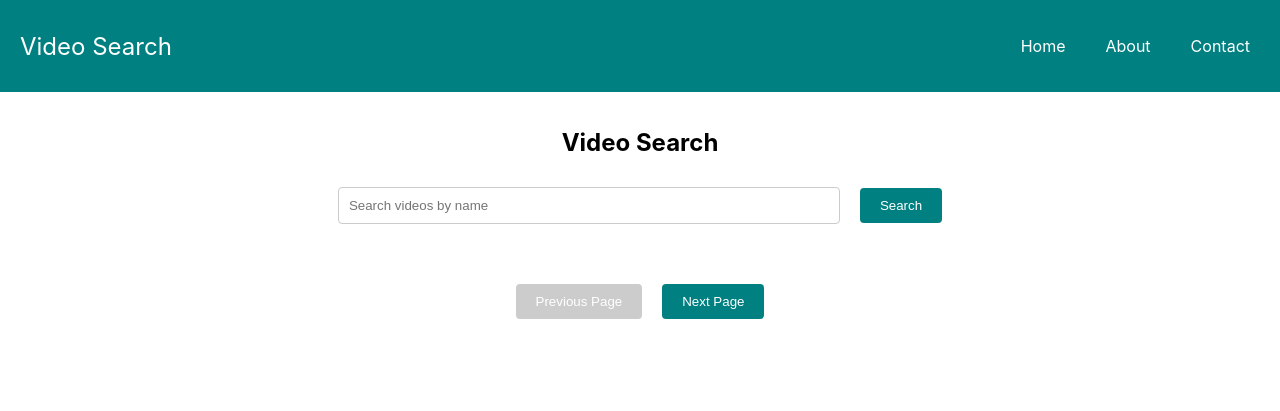
Repository: LolaSL/video-search
Page: /
The author's editor kept a copy of each file at every save. The page is drawn from the files as they stood at one save, then again after the next save.
The browser window is 1280 px wide. The pictures show the whole page.
The project was rebuilt for these pictures with package versions that can differ from the ones it lists, and the page was loaded fresh each time.

Above is the page before, as saved 2023-08-12 13:57:40.

### src/App.js
import React from 'react';
import './App.css';
import VideoSearch from './VideoSearch';
import Navbar from './Navbar';
import { BrowserRouter as Router } from 'react-router-dom';

function App() {
  return (
    <Router>
      <div className="App">
        <Navbar />
        <div className="container">
          <VideoSearch />
        </div>
      </div>
    </Router>
  );
}

export default App;

### src/App.css
.App {
  text-align: center;
  text-shadow: 1px 1px solid grey;

}

.container {
  max-width: 800px;
  margin: 0 auto;
  padding: 20px;
}

h1 {
  font-size: 24px;
  margin-bottom: 20px;
}

input[type="text"] {
  padding: 10px;
  width:60%;
  margin: 10px;
  border: 1px solid #ccc;
  border-radius: 4px;
}

.video-list {
  display: grid;
  grid-template-columns: repeat(auto-fill, minmax(300px, 1fr));
  gap: 20px;
  margin-top: 20px;
}


button {
  margin: 10px;
  padding: 10px 20px;
  background: teal;
  color: #fff;
  border: none;
  border-radius: 4px;
  cursor: pointer;
}

button:disabled {
  background-color: #ccc;
  cursor: not-allowed;
}

iframe {
  width: 100%;
  height: 415px;
  border: none;
  margin-top: 15px;
}

.video-item {
  margin: 20px 0;
  padding: 20px;
  border: 1px solid #ccc;
  border-radius: 4px;
}

.video-title {
  font-size: 18px;
  margin-bottom: 10px;
}

.pagination {
  margin-top: 20px;
}

.pagination button {
  margin-right: 10px;
}
/* Navbar styles */
.navbar {
  display: flex;
  justify-content: space-between;
  align-items: center;
  padding: 10px 20px;
  background: teal;
  color: white;
}

.navbar-logo {
  font-size: 1.5rem;
}

.nav-toggle {
  display: none;
  background: none;
  border: none;
  color: white;
  font-size: 1rem;
  cursor: pointer;
}

.navbar-nav {
  list-style: none;
  display: flex;
  gap: 20px;
}

.nav-item {
  padding: 10px;
}

.nav-link {
  color: white;
  text-decoration: none;
}

/* Show the navigation links when the navbar is open */
.navbar-nav.open {
  display: flex;
  flex-direction: column;
  position: absolute;
  background-color: #333;
  top: 55px;
  right: 20px;
  z-index: 1000;
}


@media screen and (max-width: 768px) {

  .container {
    padding: 10px;
    margin: 30px;
  }

  input[type="text"] {
    width:80%;
    margin: 20px;
    margin-bottom: 10px;
  }

  button {
    width: 50%;
    margin-bottom: 10px;
  }

  .video-item {
    padding: 10px;
    margin: 10px 20px;
  }

  .pagination {
    text-align: center;
  }
}

### src/VideoSearch.jsx
import React, { useState } from 'react';
import axios from 'axios';

const API_KEY = 'YOUR_YOUTUBE_API_KEY';
const CHANNEL_ID = 'YOUR_CHANNEL_ID';
const RESULTS_PER_PAGE = 10;

const VideoSearch = () => {
  const [videos, setVideos] = useState([]);
  const [searchTerm, setSearchTerm] = useState('');
  const [currentPage, setCurrentPage] = useState(1);

  const searchVideos = async () => {
    try {
      const response = await axios.get(
        `https://www.googleapis.com/youtube/v3/search?key=${API_KEY}&channelId=${CHANNEL_ID}&part=snippet,id&type=video&q=${searchTerm}&maxResults=${RESULTS_PER_PAGE}&pageToken=${currentPage > 1 ? videos.length : ''}`
      );

      setVideos(response.data.items);
    } catch (error) {
      console.error('Error fetching videos:', error);
    }
  };

  const handlePageChange = (newPage) => {
    setCurrentPage(newPage);
    searchVideos();
  };

  return (
    <div className="video-search-container">
      <h1>Video Search</h1>
      <input
        type="text"
        placeholder="Search videos by name"
        value={searchTerm}
        onChange={(e) => setSearchTerm(e.target.value)}
      />
      <button onClick={() => handlePageChange(1)}>Search</button>

      <div className="video-list">
        {videos.map((video) => (
          <div key={video.id.videoId} className="video-item">
            <h2>{video.snippet.title}</h2>
            <div className="video-container">
              <div className="video-frame">
                <iframe
                  title={video.snippet.title}
                  src={`https://www.youtube.com/embed/${video.id.videoId}`}
                  className="video-iframe"
                  frameBorder="0"
                  allowFullScreen
                ></iframe>
              </div>
            </div>
          </div>
        ))}
      </div>

      <div className="pagination">
        <button
          onClick={() => handlePageChange(currentPage - 1)}
          disabled={currentPage === 1}
        >
          Previous Page
        </button>
        <button onClick={() => handlePageChange(currentPage + 1)}>Next Page</button>
      </div>
    </div>
  );
};

export default VideoSearch;

### src/Navbar.jsx
import React, { useState } from 'react';
import { Link } from 'react-router-dom';

const Navbar = () => {
  const [isNavOpen, setIsNavOpen] = useState(false);

  const toggleNav = () => {
    setIsNavOpen(!isNavOpen);
  };

  return (
    <nav className="navbar">
      <div className="navbar-brand">
        <span className="navbar-logo">Video Search</span>
      </div>
      <button className="nav-toggle" onClick={toggleNav}>
        {isNavOpen ? 'Close' : 'Open'}
      </button>
      <ul className={`navbar-nav ${isNavOpen ? 'open' : ''}`}>
        <li className="nav-item">
          <Link to="/" className="nav-link">Home</Link>
        </li>
        <li className="nav-item">
          <Link to="/about" className="nav-link">About</Link>
        </li>
        <li className="nav-item">
          <Link to="/contact" className="nav-link">Contact</Link>
        </li>
      </ul>
    </nav>
  );
};

export default Navbar;

Loaded but not shown: public/index.html (common file); src/index.js (common file); src/index.css (common file); src/reportWebVitals.js (common file)

After the next save:
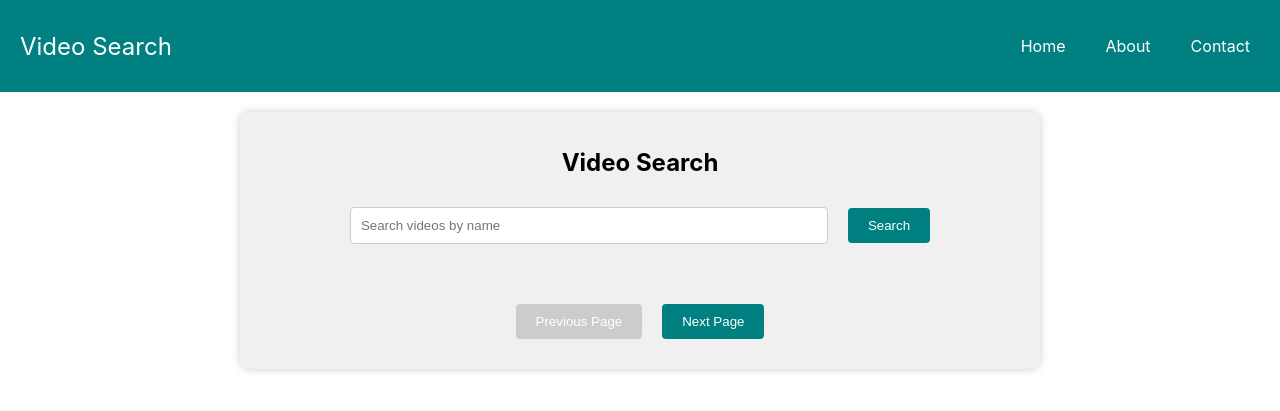
Saved 74 s later.
--- a/src/App.css
+++ b/src/App.css
@@ -23,6 +23,16 @@ input[type="text"] {
   border-radius: 4px;
 }
 
+.video-search-container {
+  max-width: 800px;
+  margin: 0 auto;
+  padding: 20px;
+  background-color: #f0f0f0;
+  border-radius: 10px;
+  box-shadow: 0 0 10px rgba(0, 0, 0, 0.2);
+}
+
+/* Video List */
 .video-list {
   display: grid;
   grid-template-columns: repeat(auto-fill, minmax(300px, 1fr));
@@ -30,6 +40,34 @@ input[type="text"] {
   margin-top: 20px;
 }
 
+/* Video Item */
+.video-item {
+  background-color: #ffffff;
+  border-radius: 10px;
+  box-shadow: 0 4px 6px rgba(0, 0, 0, 0.1);
+}
+
+/* Video Container */
+.video-container {
+  position: relative;
+  overflow: hidden;
+  padding-top: 56.25%; /* 16:9 aspect ratio */
+}
+
+/* Video Frame */
+.video-frame {
+  position: absolute;
+  top: 0;
+  left: 0;
+  width: 100%;
+  height: 100%;
+}
+
+.video-iframe {
+  width: 100%;
+  height: 100%;
+  border: none;
+}
 
 button {
   margin: 10px;
